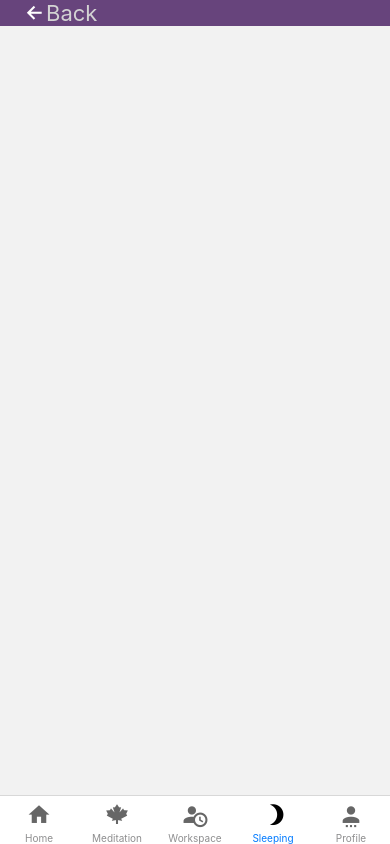
Repository: huynhthu1704/LTDD3_Nhom1_SimpleApp
Screen: /Sleeping
The author's editor kept a copy of each file at every save. The screen is drawn from the files as they stood at one save, then again after the next save.
The app was drawn by React Native's web renderer in a window 390 px wide. The project was rebuilt for these pictures with package versions that can differ from the ones it lists, and the page was loaded fresh each time. Some packages were replaced by stand-ins written for this rebuild. Also part of the build but not shown: app/screens/MeditationScreen.js, app/constants/images.js, app/screens/LaunchScreen.js, app/screens/WorkspaceScreen.js, app/screens/ProfileScreen.js, app/components/NavBar.js.

Above is the screen before, as saved 2022-04-28 15:37:05.

After the next save:
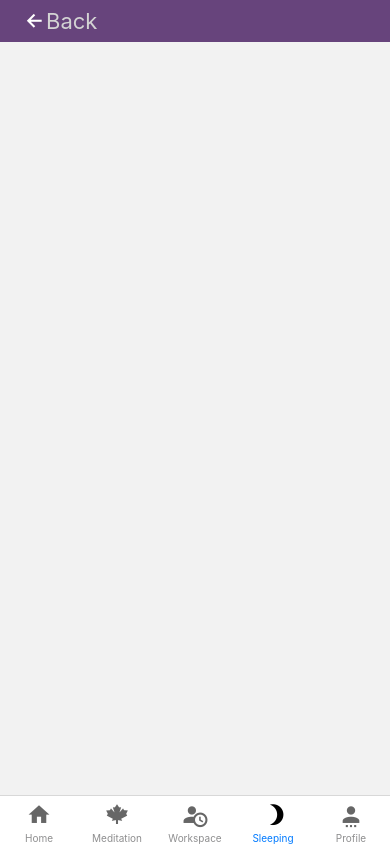
Saved 22 s later.
--- a/app/components/HeaderBar.js
+++ b/app/components/HeaderBar.js
@@ -12,6 +12,7 @@ export default function HeaderBar({ bgColor, color, right }) {
         paddingHorizontal: SIZES.padding,
         flexDirection: "row",
         backgroundColor: bgColor,
+        paddingVertical : SIZES.base
       }}
     >
       <View style={{ flex: 1, alignSelf: "flex-start" }}>
